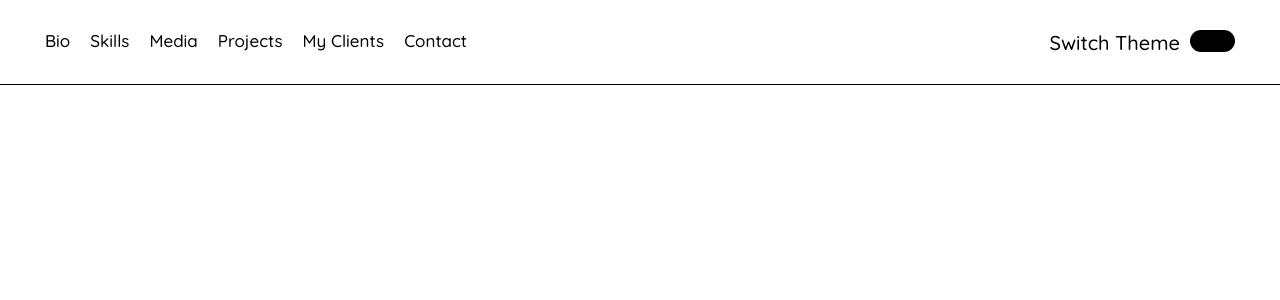
Repository: benarafa1/personal-website
Page: index.html
An editor plug-in stored every save of this project. The page is shown before and after the next save, followed by the edit.
The browser window is 1280 px wide. The pictures show the whole page.

Above is the page before, as saved 2025-04-11 18:21:36.

### index.html
<!DOCTYPE html>
<html lang="en">
  <head>
    <meta charset="UTF-8" />
    <meta name="viewport" content="width=device-width, initial-scale=1.0" />
    <link rel="preconnect" href="https://fonts.googleapis.com" />
    <link rel="preconnect" href="https://fonts.gstatic.com" crossorigin />
    <link
      href="https://fonts.googleapis.com/css2?family=Quicksand:wght@300..700&
      family=Roboto:ital,wght@0,100;0,300;0,400;0,500;0,700;0,900;1,100;1,300;1,400;1,500;1,700;1,900&display=swap"
      rel="stylesheet"
    />
    <link rel="stylesheet" href="style.css" />
    <title>Amar Arafa</title>
  </head>

  <body>
    <div class="container">
      <header class="header">
        <nav class="navigation">
          <ul class="nav-list">
            <li><a class="nav-link" href="#">Bio</a></li>
            <li><a class="nav-link" href="#">Skills</a></li>
            <li><a class="nav-link" href="#">Media</a></li>
            <li><a class="nav-link" href="#">Projects</a></li>
            <li><a class="nav-link" href="#">My Clients</a></li>
            <li><a class="nav-link" href="#">Contact</a></li>
          </ul>
        </nav>
        <div class="toggle">
          <h3 class="toggle-title">Switch Theme</h3>
          <input
            type="checkbox"
            name="toggle-checkbox"
            id="checkbox"
            class="toggle-checkbox"
          />
          <label for="checkbox" class="toggle-label"></label>
        </div>
      </header>
    </div>
  </body>
</html>

### style.css
:root {
  --container-width: 119rem;
  --gutter: 2rem;
  --color-black: #000;
  --color-white: #fff;
  --color-blue: #2374e1;
  --color-light-blue: #1d9bf0;
  --color-dark-blue: #0a66c2;
  --color-darker-blue: #143ce8;
  --color-red: #ff0000;
  --color-green: #03a696;
  --color-grey: #f6f6f6;
  --color-dark-green: #42959b;
  --color-background: var(--color-white);
  --color-text: var(--color-black);
  --color-box-img: var(--color-black);
  --color-link-bg: var(--color-black);
  --color-input-border: var(--color-black);
  --font-family-Roboto: "Roboto", sans-serif;
  --font-family-Quicksand: "Quicksand", sans-serif;
  --font-weight-regular: 400;
  --font-weight-medium: 500;
  --font-weight-semi-bold: 600;
  --font-weight-bold: 700;
  --font-size-70: 7rem;
  --font-size-65: 6.5rem;
  --font-size-40: 4rem;
  --font-size-38: 3.8rem;
  --font-size-24: 2.4rem;
  --font-size-22: 2.2rem;
  --font-size-20: 2rem;
  --font-size-18: 1.8rem;
  --font-size-15: 1.5rem;
  --transition-timing: 0.3s;
}

/* start CSS Reset */
*,
*::before,
*::after {
  box-sizing: border-box;
  margin: 0;
  padding: 0;
  font: inherit;
}

a {
  color: inherit;
  display: inline-block;
}

button {
  background-color: transparent;
  border: none;
  cursor: pointer;
}

ul,
ol {
  list-style: none;
}
/* end CSS Reset */

body {
  font-size: 1.6rem;
  font-family: var(--font-family-Quicksand);
}

html {
  font-size: 62.5%;
  scroll-behavior: smooth;
  scroll-padding-top: 11rem;
}

.container {
  margin: 0 auto;
  width: var(--container-width);
}

.nav-list {
  display: flex;
  gap: 2rem;
}
.nav-link:link,
.nav-link:visited {
  font-weight: var(--font-weight-medium);
  text-decoration: none;
  font-size: 1.7rem;
}

.nav-link:hover,
.nav-link:active {
  text-decoration: underline;
}

.header {
  position: relative;
  padding: 3rem 0;
  display: flex;
  justify-content: center;
}
.header::before {
  content: "";
  position: absolute;
  height: 100%;
  width: 100vw;
  top: 0;
  z-index: -1;
  border-bottom: 0.1rem solid var(--color-input-border);
}

/* toggle start */
.toggle {
  display: flex;
  gap: 1rem;
  margin-left: auto;
}
.toggle-title {
  font-weight: var(--font-weight-medium);
  font-size: var(--font-size-20);
}
.toggle-checkbox {
  display: none;
}

.toggle-label {
  display: block;
  width: 4.5rem;
  height: 2.2rem;
  border-radius: 1.5rem;
  background-color: var(--color-black);
  cursor: pointer;
  padding: 0.3rem 0.4rem;
  transition: var(--transition-timing);
}

.toggle-label::before {
  display: block;
  width: 1.6rem;
  height: 1.6rem;
  border-radius: 50%;
  background-color: var(--color-white);
  transition: var(--transition-timing);
}

.toggle-checkbox:checked + .toggle-label {
  background-color: var(--color-white);
}
.toggle-checkbox:checked + .toggle-label::before {
  background-color: var(--color-green);
  transform: translate(2.1x);
}

/* toggle end */

After the next save:
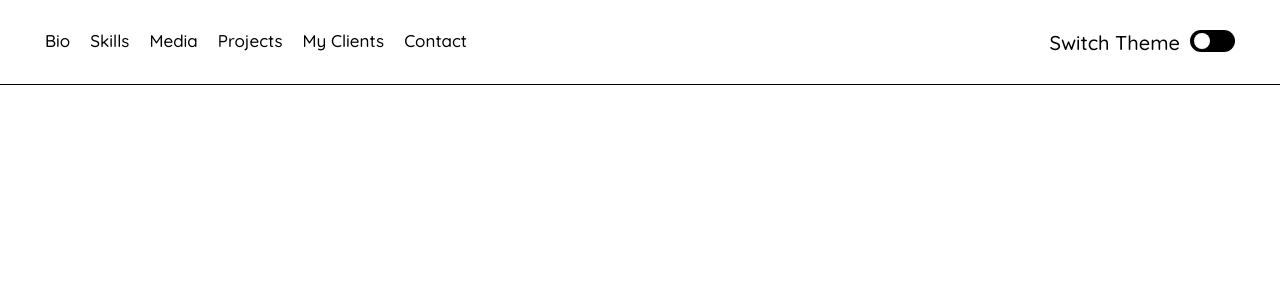
Saved 51 s later.
--- a/style.css
+++ b/style.css
@@ -135,6 +135,7 @@ html {
 }
 
 .toggle-label::before {
+  content: "";
   display: block;
   width: 1.6rem;
   height: 1.6rem;
